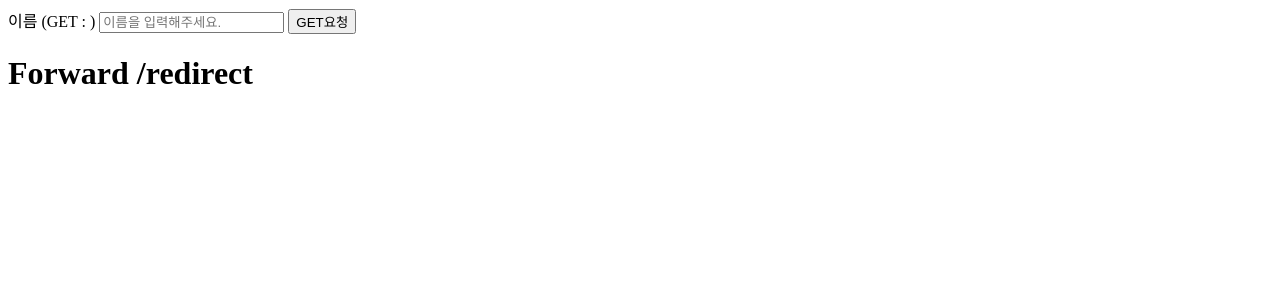
Repository: HwangEojin/homework
Page: http://localhost/day02/
The author's editor kept a copy of each file at every save. The page is drawn from the files as they stood at one save, then again after the next save.
The browser window is 1280 px wide. The pictures show the whole page.
The page is served by Tomcat 9.

Above is the page before, as saved 2025-01-13 06:10:33.

After the next save:
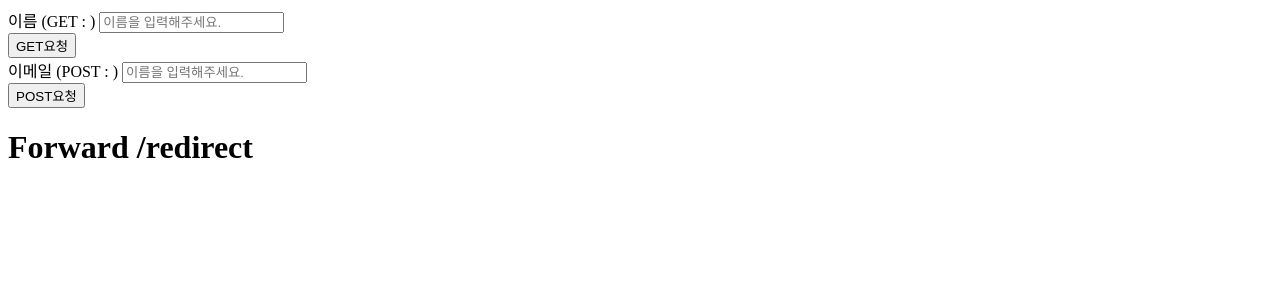
Saved 75 s later.
--- a/week09/day02/src/main/webapp/index.jsp
+++ b/week09/day02/src/main/webapp/index.jsp
@@ -7,11 +7,18 @@
 <title>타이틀</title>
 </head>
 <body>
-	<form action="" method="">
+	<form action="" method="get">
 		<label for="name">이름 (GET : )</label>
-		<input type="text" id="name"name="userName" placeholder="이름을 입력해주세요.">
+		<input type="text" id="name"name="userName" placeholder="이름을 입력해주세요."><br/>
 		<button type="submit">GET요청</button>
 	</form>
+
+	<form action="" method="post">
+		<label for="email">이메일 (POST : )</label>
+		<input type="email" id="email"name="userName" placeholder="이름을 입력해주세요."><br/>
+		<button type="submit">POST요청</button>
+	</form>
+
 
 	<h1>Forward /redirect</h1>
 </body>
